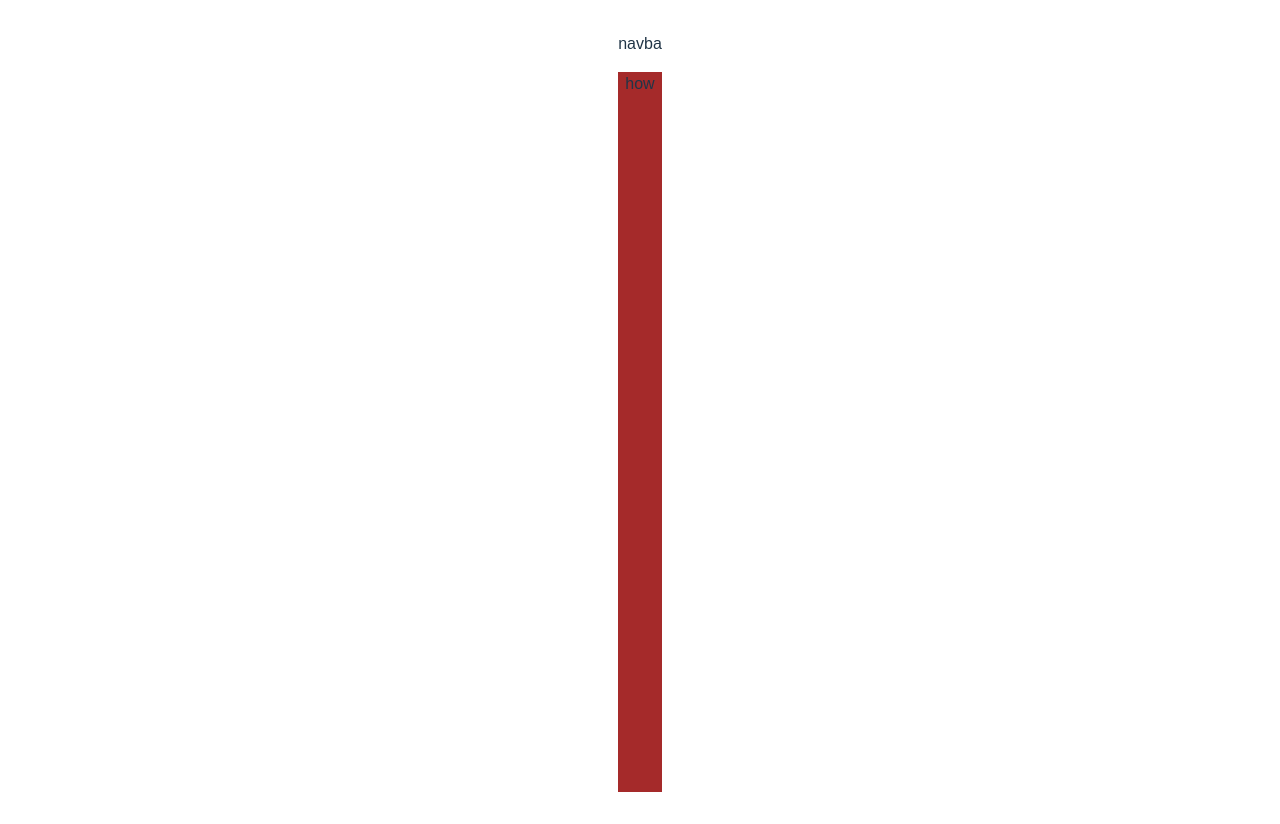
Repository: EphrahimLaanyu123/fashi_onfeet
Page: /shop
The author's editor kept a copy of each file at every save. The page is drawn from the files as they stood at one save, then again after the next save.
The browser window is 1280 px wide. The pictures show the whole page.
The project was rebuilt for these pictures with package versions that can differ from the ones it lists, and the page was loaded fresh each time. Also part of the build but not shown: vite.config.js, src/Home/Home.jsx, src/Home/components/Products.css, src/Home/components/Products.jsx, src/Shop/components/supabaseClient.js, src/Shop/components/AddForm.css, src/Shop/components/AddProductForm.jsx.

Above is the page before, as saved 2025-04-18 20:29:54.

### src/App.jsx
// src/App.js
import React from 'react';
import { BrowserRouter as Router, Routes, Route } from 'react-router-dom';
import './App.css';

import Home from './Home/Home';
import Products from './Home/components/Products';
import Shop from './Shop/Shop';
import AddForm from './Shop/components/AddProductForm';

function App() {
  return (
    <Router>
      <div className="App">
        <Routes>
          <Route path="/" element={<Home />} />
          <Route path="/shop" element={<Shop />} />
          <Route path="/add" element={<AddForm />} />
          {/* 404 fallback */}
        </Routes>
      </div>
    </Router>
  );
}

export default App;

### src/Shop/Shop.jsx
import React from 'react'
import "./Shop.css"
import Navbar from '../Navbar'

const Shop = () => {
  return (
    <div>
      navba
      <aside className='sidebar'>
        <p>how</p>
      </aside>
      <section className='products-page'>

      </section>
    </div>
  )
}

export default Shop

### src/Home/Home.css

  body, html {
    font-family: sans-serif;
    overflow-x: hidden;
  }
.main {
    background-color: black;
    width: 100vw;
    display: flex;
    flex-direction: column;
    padding: 6rem;
    justify-content: center;
    overflow-x: hidden;
  }

  .parallax-container {
    display: flex;
    height: 100vh;
    position: relative;
  }

  .parallax-half {
    flex: 1;
    overflow: hidden;
    position: relative;
  }

  /* Left side zoom image container */
  .zoom-wrapper {
    height: 100%;
    width: 100%;
    background-image: url('https://static.wixstatic.com/media/bc439c_81f0e108fef742289cca2a608af8d3c1~mv2.jpg');
    background-attachment: fixed;
    background-position: center;
    background-repeat: no-repeat;
    background-size: cover;
    transform: scale(1.2);
    transition: transform 0.3s ease-out;
    will-change: transform;
  }

  /* Right side static image, shows full image */
  .parallax2 {
    background-image: url('https://static.wixstatic.com/media/bc439c_01f9dcb9288c449084b2625be71b7a54~mv2.jpg');
    background-attachment: fixed;
    background-position: center;
    background-repeat: no-repeat;
    background-size: contain;
    background-color: black;
  }

  .content {
    height: 100vh;
    background-color: #f0f0f0;
    display: flex;
    align-items: center;
    justify-content: center;
    font-size: 2rem;
  }

### src/Shop/Shop.css
.sidebar {
    min-height: 100vh;
    background-color: brown;
}

### src/Navbar.jsx
import React from 'react'
import './Navbar.css'

const Navbar = () => {
  return (
    <nav className="navbar">
      <div className="navbar-left">fashi_<span>onfeet</span></div>

      <div className="navbar-center">
        <a href="/" className="nav-link">Home</a>
        <a href="/shop" className="nav-link">Shop</a>
      </div>

      <div className="navbar-right">
        <a href="/cart" className="cart-icon">🛒</a>
      </div>
    </nav>
  )
}

export default Navbar

### src/Navbar.css
.navbar {
    display: flex;
    justify-content: space-between;
    align-items: center;
    background-color: #000;
    color: white;
    padding: 0.75rem 1.5rem;
    font-family: sans-serif;
  }

  .navbar-left {
    font-weight: bold;
    font-size: 1.2rem;
  }

  .navbar-left span {
    color: #fff;
  }

  .navbar-center {
    display: flex;
    gap: 2rem;
  }

  .nav-link {
    color: white;
    text-decoration: none;
    font-size: 1rem;
  }

  .nav-link:hover {
    text-decoration: underline;
  }

  .navbar-right .cart-icon {
    font-size: 1.3rem;
    text-decoration: none;
    color: white;
  }

  .cart-icon:hover {
    opacity: 0.8;
  }

Loaded but not shown: index.html (common file); src/main.jsx (common file); src/index.css (common file); src/App.css (common file)

After the next save:
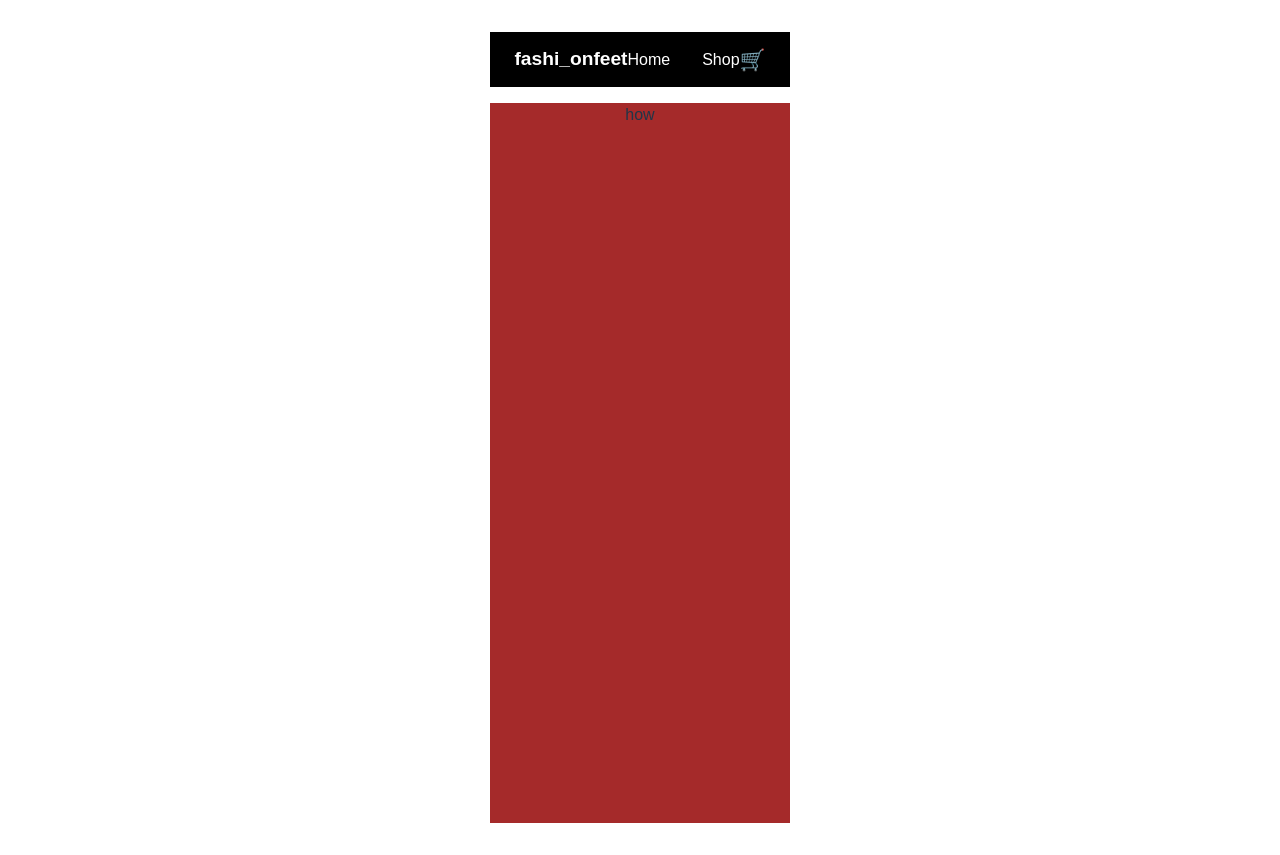
Saved 5 s later.
--- a/src/Shop/Shop.jsx
+++ b/src/Shop/Shop.jsx
@@ -5,7 +5,7 @@ import Navbar from '../Navbar'
 const Shop = () => {
   return (
     <div>
-      navba
+      <Navbar></Navbar>
       <aside className='sidebar'>
         <p>how</p>
       </aside>
